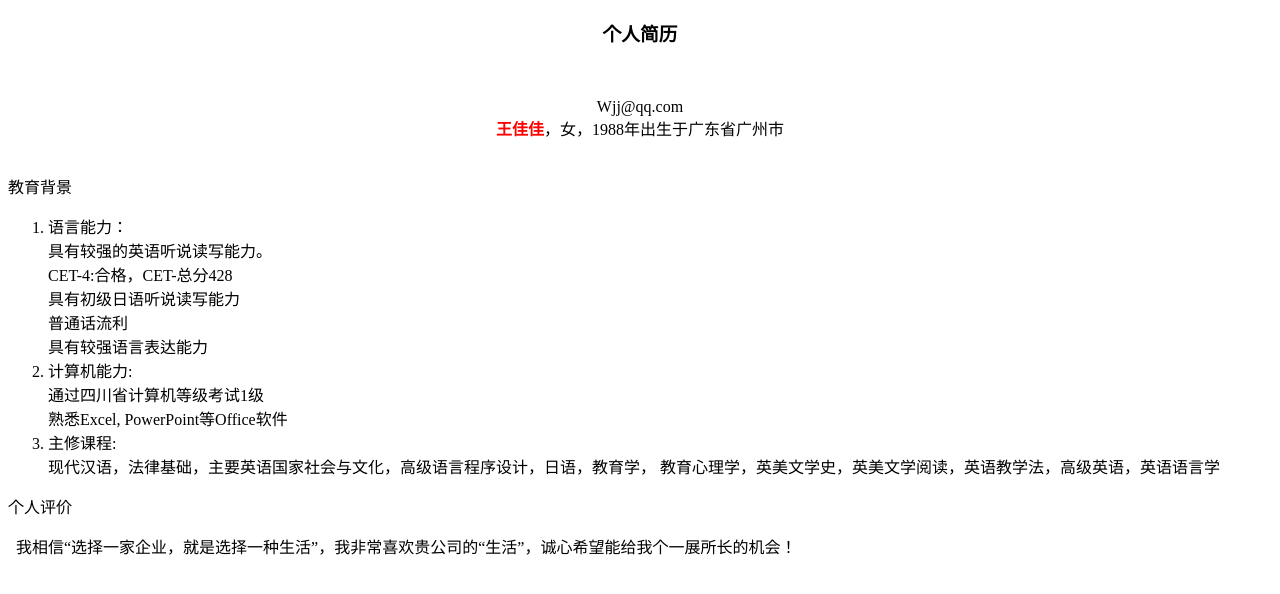
Repository: sheep9590/Test
Page: http://localhost/Prj03/
An editor plug-in stored every save of this project. The page is shown before and after the next save, followed by the edit.
The browser window is 1280 px wide. The pictures show the whole page.
The page is served by Tomcat 9.

Above is the page before, as saved 2021-09-02 16:00:46.

After the next save:
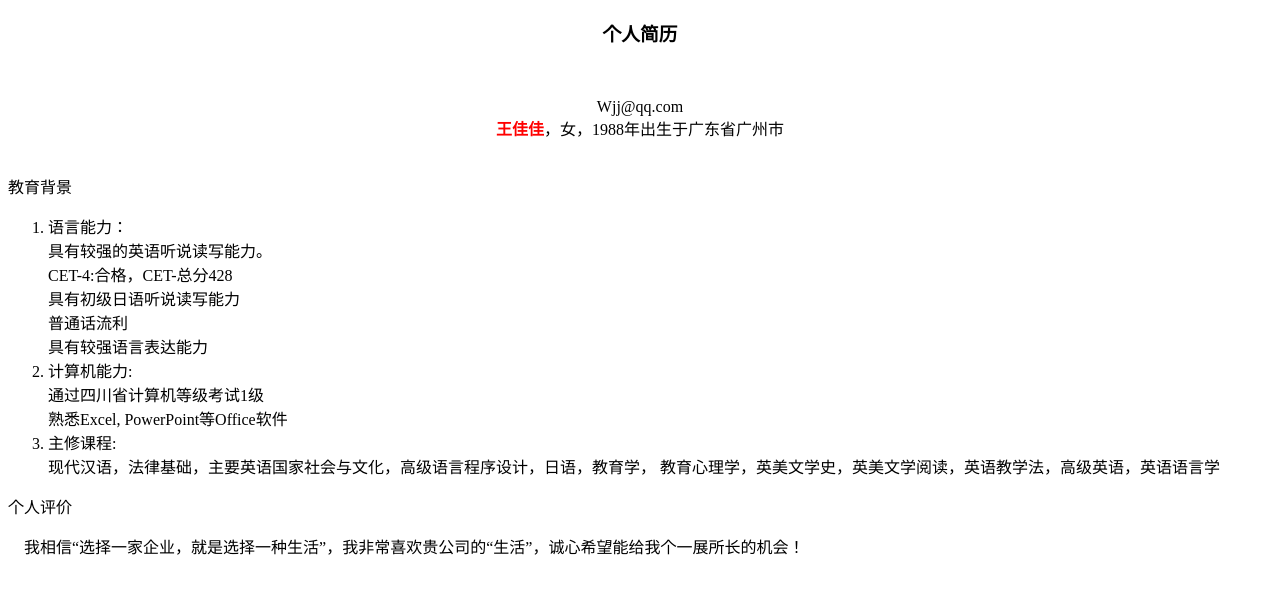
Saved 31 s later.
--- a/eclipse-workspace/Prj03/WebRoot/index.jsp
+++ b/eclipse-workspace/Prj03/WebRoot/index.jsp
@@ -18,6 +18,6 @@
 <li>主修课程:<br>现代汉语，法律基础，主要英语国家社会与文化，高级语言程序设计，日语，教育学， 教育心理学，英美文学史，英美文学阅读，英语教学法，高级英语，英语语言学</li>
 </ol>
 个人评价
-<p>&nbsp;&nbsp;我相信“选择一家企业，就是选择一种生活”，我非常喜欢贵公司的“生活”，诚心希望能给我个一展所长的机会！</p>
+<p>&nbsp;&nbsp;&nbsp;&nbsp;我相信“选择一家企业，就是选择一种生活”，我非常喜欢贵公司的“生活”，诚心希望能给我个一展所长的机会！</p>
 </body>
 </html>
